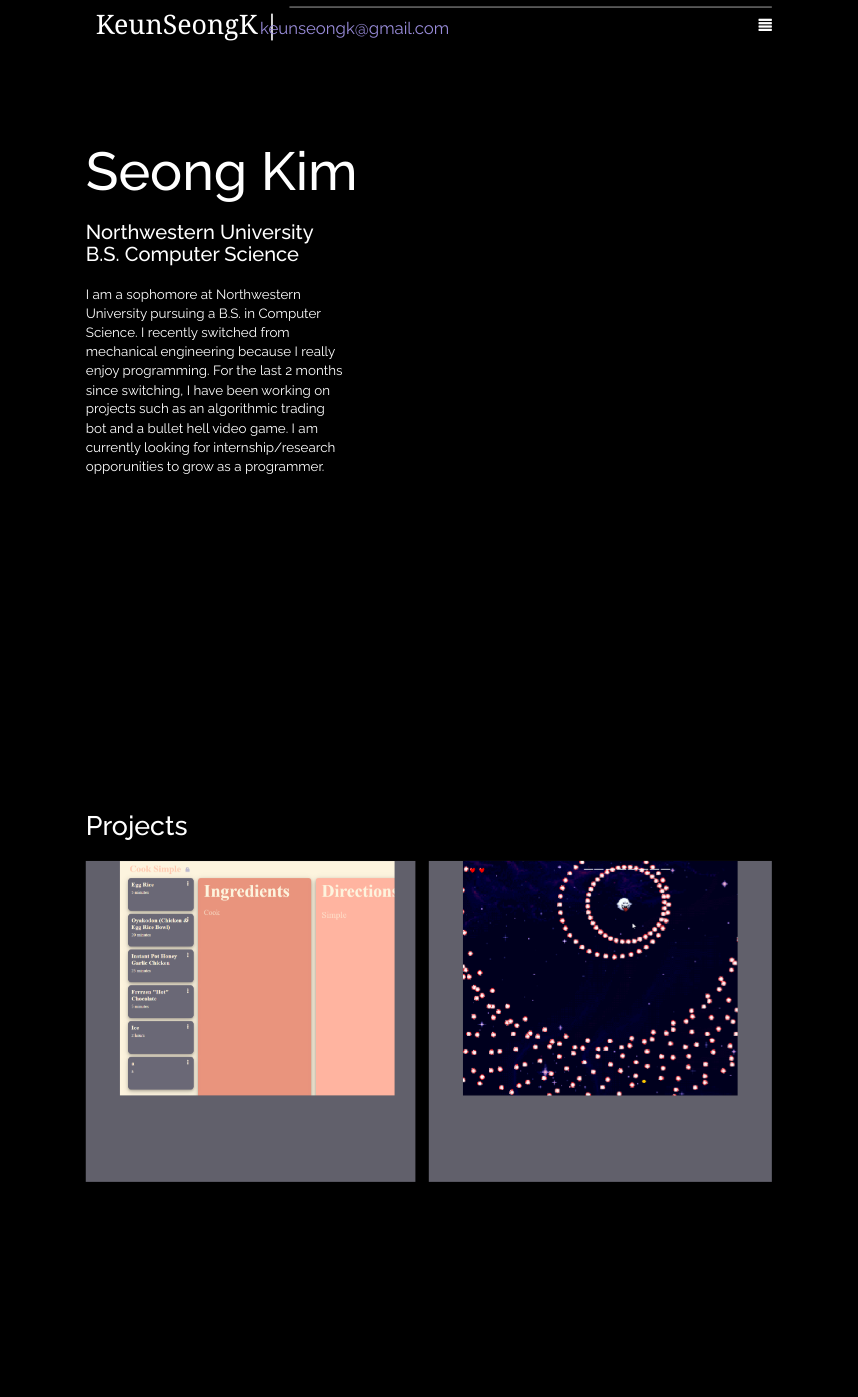
Repository: oqueuo/personal-site
Page: index.html
The author's editor kept a copy of each file at every save. The page is drawn from the files as they stood at one save, then again after the next save.
The browser window is 1280 px wide. The pictures show the whole page, at 67% of full size.

Above is the page before, as saved 2020-09-21 18:15:35.

### index.html
<!-- Accountability, Balance, Trustworthiness -->
<!DOCTYPE html>
<html lang="en">
  <head>
    <title>Seong Kim</title>
    <meta charset="UTF-8">
    <meta name="viewport" content="width=device-width, initial-scale=1.0">

    <script src="https://ajax.googleapis.com/ajax/libs/jquery/3.5.1/jquery.min.js"></script>
    <script src="https://maxcdn.bootstrapcdn.com/bootstrap/3.4.1/js/bootstrap.min.js"></script>
    <link rel="stylesheet" href="https://maxcdn.bootstrapcdn.com/bootstrap/3.4.1/css/bootstrap.min.css">
    <link rel="stylesheet" href="styles.css">
    <script src="scripts.js"></script>
  </head>

  <body>
    <main>
      <header>
        <h1 id="navbar-brand"><a href="index.html" class="navbar-brand">KeunSeongK |</a></h1>
        <a id="email" href = "mailto: abc@example.com">keunseongk@gmail.com</a>
        <ul>
          <li><span id="pulldown-btn" class="glyphicon glyphicon-align-justify"></span>
            <ul id="nav-pulldown">
              <li class="navbar-item"><a class="nav-link" href=#about></a></li>
              <li class="navbar-item" style="padding-right:100px;"><a class="nav-link" href="resume.html">Resume</a></li>
              <li class="navbar-item"><a class="nav-link" href="https://github.com/oqueuo">GitHub</a></li>
              <li class="navbar-item"><a class="nav-link" href="https://www.linkedin.com/in/seong-kim-a0a989160/">LinkedIn</a></li>
            </ul>
          </li>
        </ul>

      </header>
      <section id="horizontal-line"></section>
        <hr>
      </section>
      <!-- About me -->
      <section id="about">

        <div id="about-text">
          <h1>Seong Kim</h1>
          <h2>Northwestern University<br>B.S. Computer Science</h2>
          <p>I am a sophomore at Northwestern University pursuing
            a B.S. in Computer Science. I recently switched from mechanical engineering
            because I really enjoy programming. For the last 2 months since switching,
            I have been working on projects such as an algorithmic trading bot and a
            bullet hell video game. I am currently looking for internship/research
            opporunities to grow as a programmer.
          </p>
        </div>
      </section>

      <h1 id="projects-header">Projects</h1>

      <!-- Projects: Filled in with JS template -->
      <section id="projects">
      </section>

    </main>
  </body>
  <script>
    render_projects(projects, "#projects");
  </script>
</html>

### styles.css
@import url('https://fonts.googleapis.com/css2?family=Raleway:ital,wght@0,100;0,200;0,300;0,400;0,500;0,600;0,700;0,800;0,900;1,100;1,200;1,300;1,400;1,500;1,600;1,700;1,800;1,900&display=swap');
/* Global styles
------------------------------------*/
* {
    /* Remove Chrome default margins */
    margin: 0 !important;
    font-family: 'Raleway', sans-serif;
}
body {
    background: black;
    display: flex;
    justify-content: center;
}
main {
    position: relative;
    width: 80vw;
    display: block;
    /* background: saddlebrown; */
    margin-left: auto;
    margin-right: auto;
}


/* NAVBAR */
header {
    color: white;
    padding-top: 10px;
    position: relative;
    width: inherit;
}
header>a {
    position: absolute;
    font-size: 25px;
    left: 260px;
    top: 25px;
}
header ul {
    position: absolute;
    top: 25px;
    right: 0px;
}
#navbar-brand {

}
.navbar-brand {
    text-decoration: none;
    font-size: 40px !important;
    color: white;
    font-family: Cambria, Cochin, Georgia, Times, 'Times New Roman', serif !important;
}

.navbar-item {
    display: inline;
    font-size: 25px;
    padding-right: 15px;
}
ul a, #email, .more-info-on-github {
    text-decoration: none;
    color: rgb(153, 140, 218);
}

ul a:hover, #email:hover, .more-info-on-github:hover {
    opacity: 0.8;
}
ul a:active, #email:active, .more-info-on-github:active {
    opacity: 0.7;
}
#horizontal-line {
    width: 100vw;
    left: 0;
}


/* ABOUT */
#about {
    color: white;
    margin-top: 200px !important;
    /* background: royalblue; */
}
#about-text h1 {
    font-family: 'Raleway', sans-serif;
    font-size: 80px;
}
#about-text h2 {
    margin-top: 30px !important;
}
#about p {
    margin-top: 30px !important;
    max-width: 30vw;
    font-size: 20px;
}


/* Projects */

#projects-header {
    font-size: 40px;
    color: white;
    margin-top: 500px !important;
    margin-bottom: 30px !important;
}
#projects {
    display: flex;
    flex-wrap: wrap;
    padding: 0;
    width: 100%;
    margin-bottom: 300px !important;
}
.project-card-container {
    box-sizing: border-box;
    width: 50%;
    height: 500px;
    padding-right: 2%;
    padding-bottom: 2%;
    position: relative;
}
.project-card-container:nth-child(2n) {
    padding-right: 0;
}
.project-card-gray {
    background-color: rgb(97, 96, 107);
    height: 100%;
    width: 100%;
}
.project-card-content {
    width: 80%;
    height: 70%;
    position: absolute;
    background-size: cover;
    margin-left: 10% !important;
    transition: .5s ease;
    backface-visibility: hidden;
}

.project-overlay {
    transition: .5s ease;
    opacity: 0;
    position: absolute;
    top: 50%;
    left: 50%;
    transform: translate(-50%, -50%);
    -ms-transform: translate(-50%, -50%);
}
.project-card-container:hover .project-card-content {
    opacity: 0.2;
}

.project-card-container:hover .project-overlay {
    opacity: 1;
}


/* Resume */
.resume {
    margin-top: 200px !important;
    background-image: url(backgrounds/resume330.png);
    height: 1000px;
    width: 63%;
}

.three-vertical-dots {
    color: white;
}

@media (max-width: 1300px) {
    /* Recipe pulldown */
    header ul {
        list-style: none;
        z-index: 5;
    }
    span.three-vertical-dots {
        /* Put the three dots on top right corner of recipe card */
        position: absolute;
        top: 10px;
        right: 10px;
    }
    .three-vertical-dots li:active {
        color: rgb(255, 239, 218);
    }
    #pulldown-btn {
        cursor: pointer;
        font-size: 20px;
    }
    ul #nav-pulldown {
        display: none;
        background-color: rgb(253, 244, 222);
        border: 1px solid #333;
        border-radius: 4px;
        width: 90px;
        padding: 5px;
        position: absolute;
        top: 30px;
        right: 10px;
        text-align: end;
    }
    ul #nav-pulldown li {
        color: #333;
        display: block;
        block-size: auto;
    }
    header>ul>li:hover #nav-pulldown {
        display: block;
    }
    ul #nav-pulldown a {
        color: rgb(76, 74, 83);
        font-size: 15px;
    }
}

### scripts.js
var projects = [
    {
        title: "Cook Simple",
        description: "A minimalist recipe storage app for computers and mobile devices.",
        cover: "backgrounds/cook-simple.png"
    },
    {
        title: "Boollet Hell",
        description: "A Bullet Hell shooter game. Inspired by popular bullet hell shooters from Japan",
        cover: "backgrounds/boollet-hell.png"
    }
]
let more_info_on_my_github = "More info on <a class='more-info-on-github' href='https://github.com/oqueuo'>GitHub</a>"


function render_projects(projects, projects_id) {
    let project_case = document.querySelector(projects_id);
    if (project_case) {
        if (projects instanceof Array) {
            for (let project of projects) {
                let template = `
                <div class="project-card-content" style="background-image: url(${project.cover});"></div>
                <div class="project-overlay">
                    <p>${project.description}<br><br></p>
                    ${more_info_on_my_github}
                </div>`;

                let project_card_container = document.createElement("div");
                project_card_container.className = "project-card-container";
                project_card_container.innerHTML = `
                <div class="project-card-gray">
                    ${template}
                </div>
                `
                project_case.append(project_card_container);
            }
        }
    }
}

const show_project_info = (el) => {

}

After the next save:
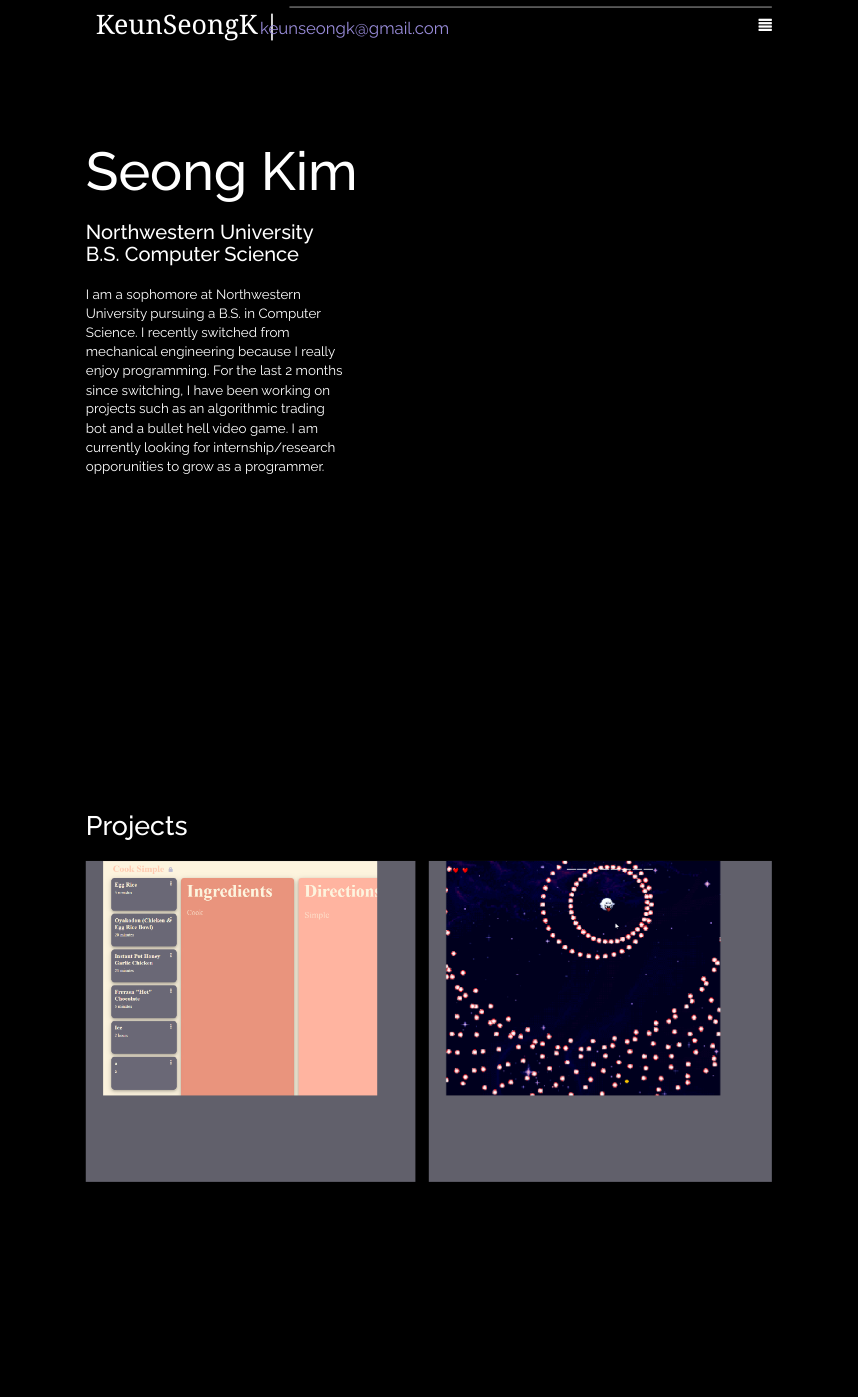
Saved 5 s later.
--- a/styles.css
+++ b/styles.css
@@ -127,7 +127,7 @@ ul a:active, #email:active, .more-info-on-github:active {
     height: 70%;
     position: absolute;
     background-size: cover;
-    margin-left: 10% !important;
+    margin-left: 5% !important;
     transition: .5s ease;
     backface-visibility: hidden;
 }
